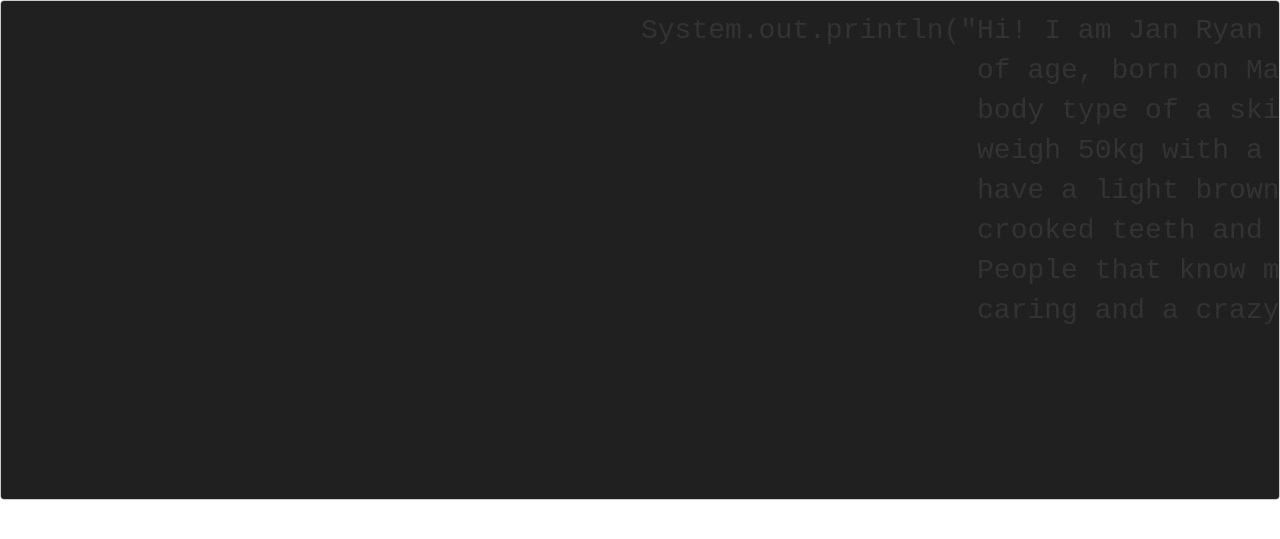
Repository: janry-gracia/Divinagracia_FinalProject
Page: Pages/storyofmylife.html
The author's editor kept a copy of each file at every save. The page is drawn from the files as they stood at one save, then again after the next save.
The browser window is 1280 px wide. The pictures show the whole page.

Above is the page before, as saved 2021-05-17 23:02:54.
Console error: TypeError: Cannot read properties of null (reading 'addEventListener')

After the next save:
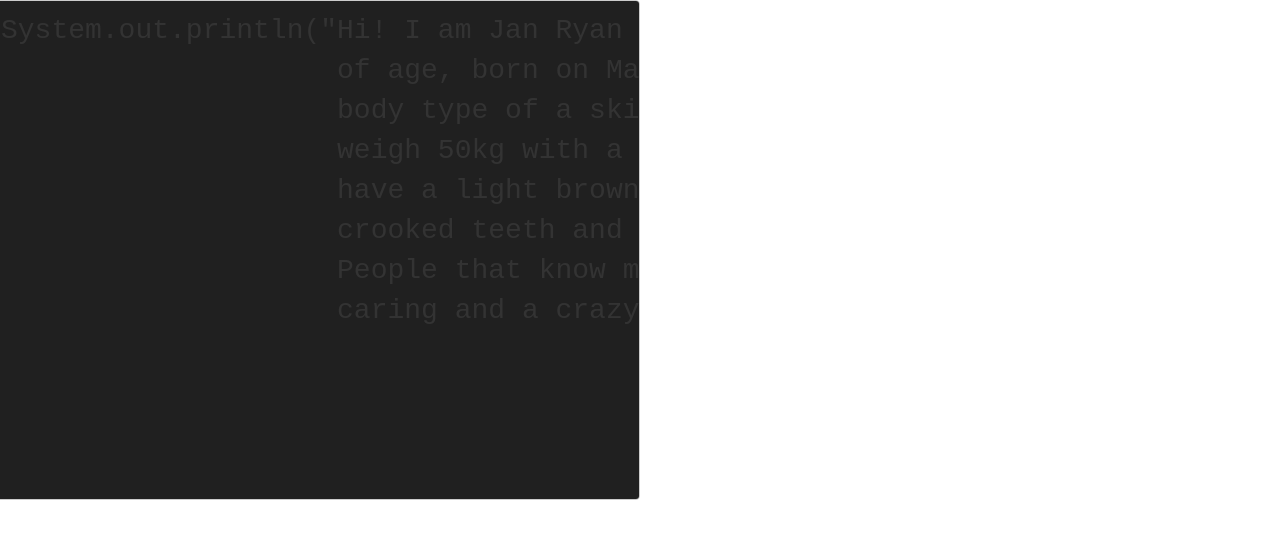
Saved 12 s later.
--- a/css/storyofmylife.css
+++ b/css/storyofmylife.css
@@ -21,6 +21,7 @@
 
 .message{
     padding-left: 50%;
+    transform: translate(-50%);
     height: 500px;
     background-color: rgb(32, 32, 32);
     font-family: 'Fire Code', monospace;

After the save that followed:
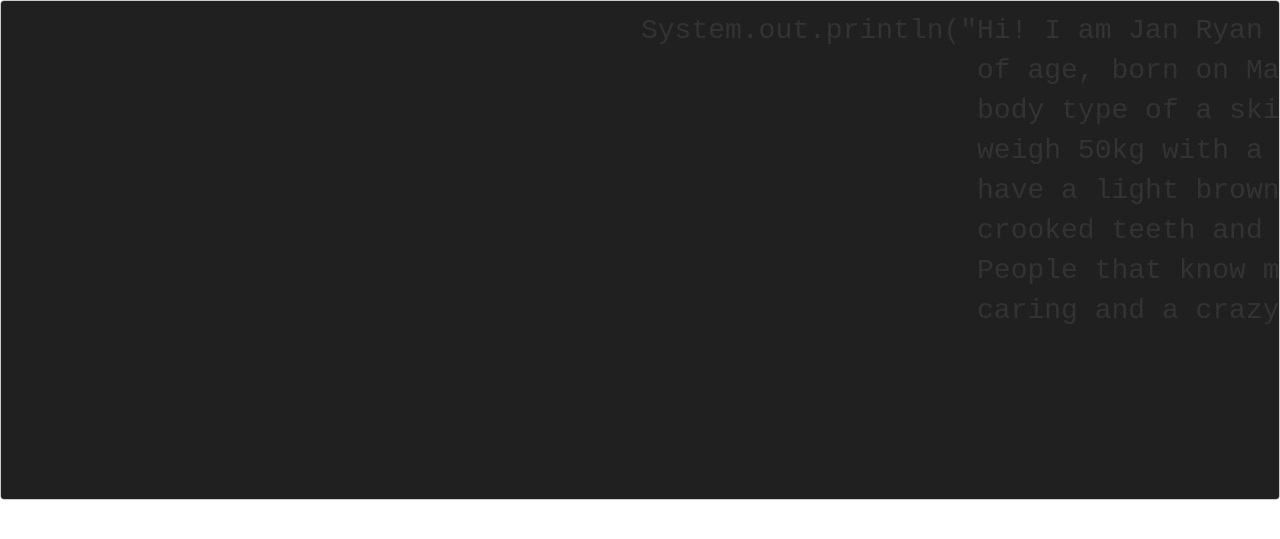
Saved 12 s later.
--- a/css/storyofmylife.css
+++ b/css/storyofmylife.css
@@ -21,7 +21,6 @@
 
 .message{
     padding-left: 50%;
-    transform: translate(-50%);
     height: 500px;
     background-color: rgb(32, 32, 32);
     font-family: 'Fire Code', monospace;
